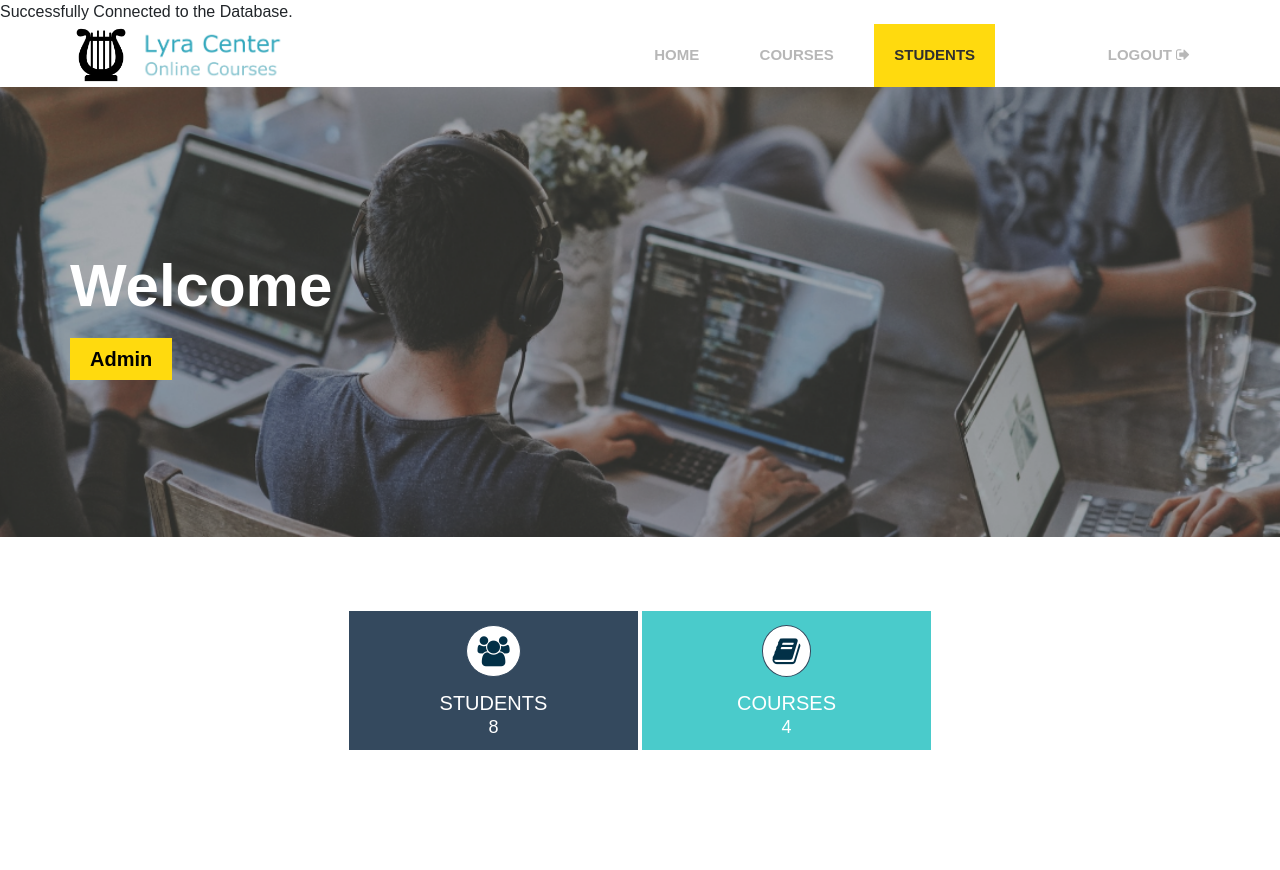
Repository: jersmaecrz/lyra-center
Page: http://localhost/aStudents.php
An editor plug-in stored every save of this project. The page is shown before and after a run of saves, followed by the edit.
The browser window is 1280 px wide. The pictures show the whole page.
Some web fonts or font styles are not loaded; a fallback is used. The page is run by PHP 8.4 with error messages shown; the project is at /var/www/html/. The database holds what the project's SQL file puts in it.

Above is the page before, as saved 2022-12-03 23:24:46.

After the next 2 saves:
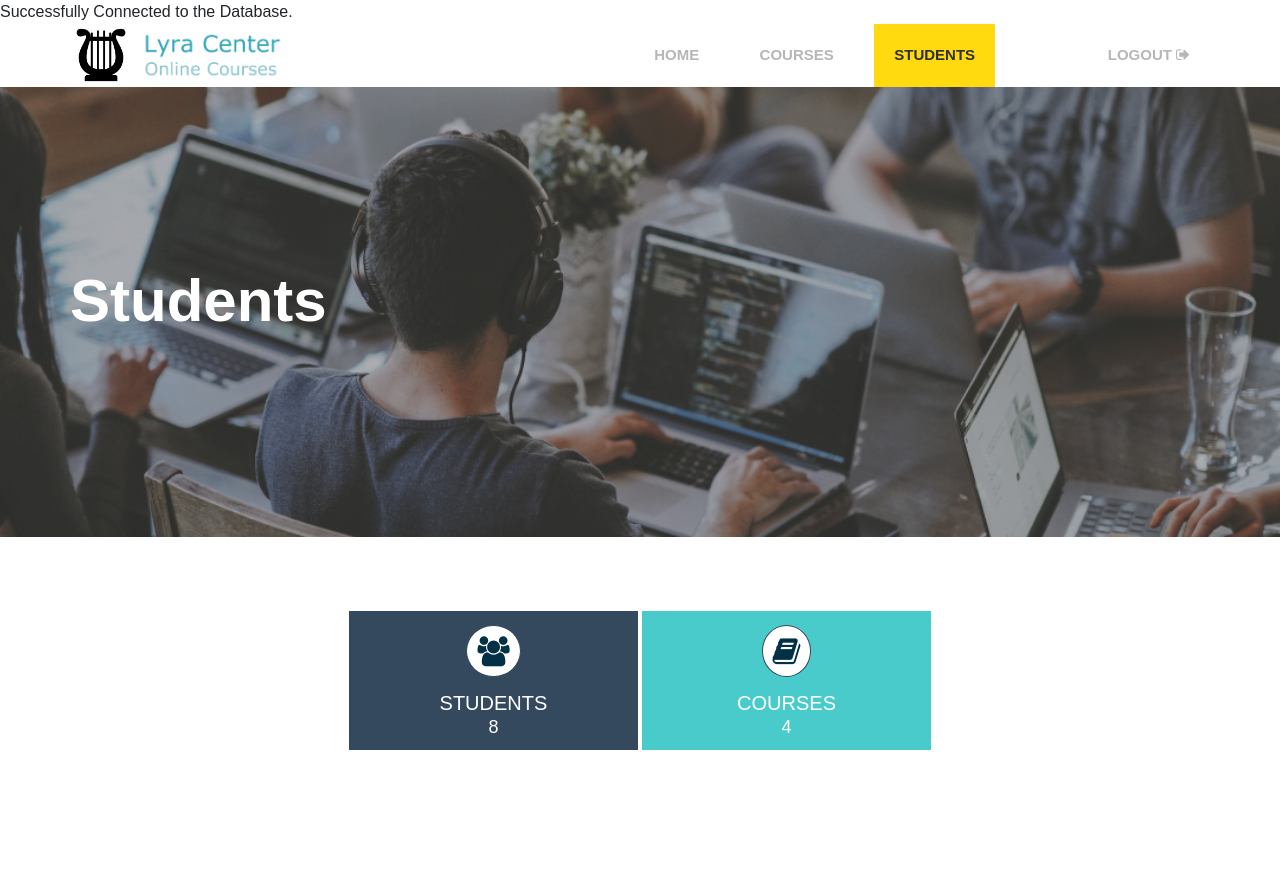
The 2 saves are shown as one change because they came seconds apart.
The last was saved 24 s later.
--- a/aStudents.php
+++ b/aStudents.php
@@ -76,8 +76,7 @@
             <div class="row">
                 <div class="col-lg-5">
                     <div class="normal__breadcrumb__text">
-                        <h2>Welcome</h2>
-                        <div class="lemony"><a><span><b>Admin</b></span</a></div>
+                        <h2>Students</h2>
                     </div>
                 </div>
             </div>
